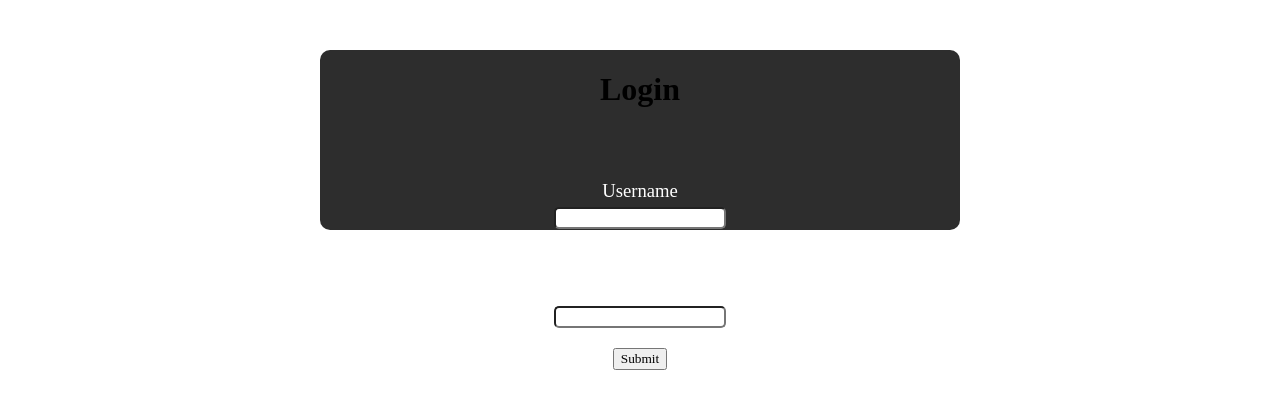
Repository: rdf004/playfab_blackjack
Page: /
The author's editor kept a copy of each file at every save. The page is drawn from the files as they stood at one save, then again after the next save.
The browser window is 1280 px wide. The pictures show the whole page.
Some web fonts or font styles are not loaded; a fallback is used. The project was rebuilt for these pictures with package versions that can differ from the ones it lists, and the page was loaded fresh each time. Also part of the build but not shown: src/Components/App.js.

Above is the page before, as saved 2020-05-07 20:29:12.

After the next save:
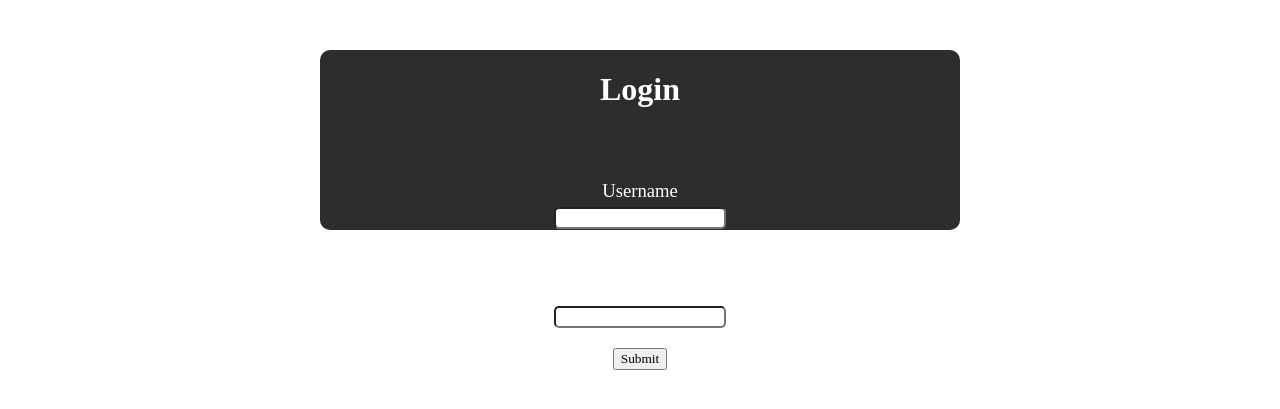
Saved 6 s later.
--- a/src/Style/style.css
+++ b/src/Style/style.css
@@ -41,6 +41,10 @@
     font-size: 14pt;
 }
 
+.login-title {
+    color: white;
+}
+
 
 html, body {
     margin:0;
